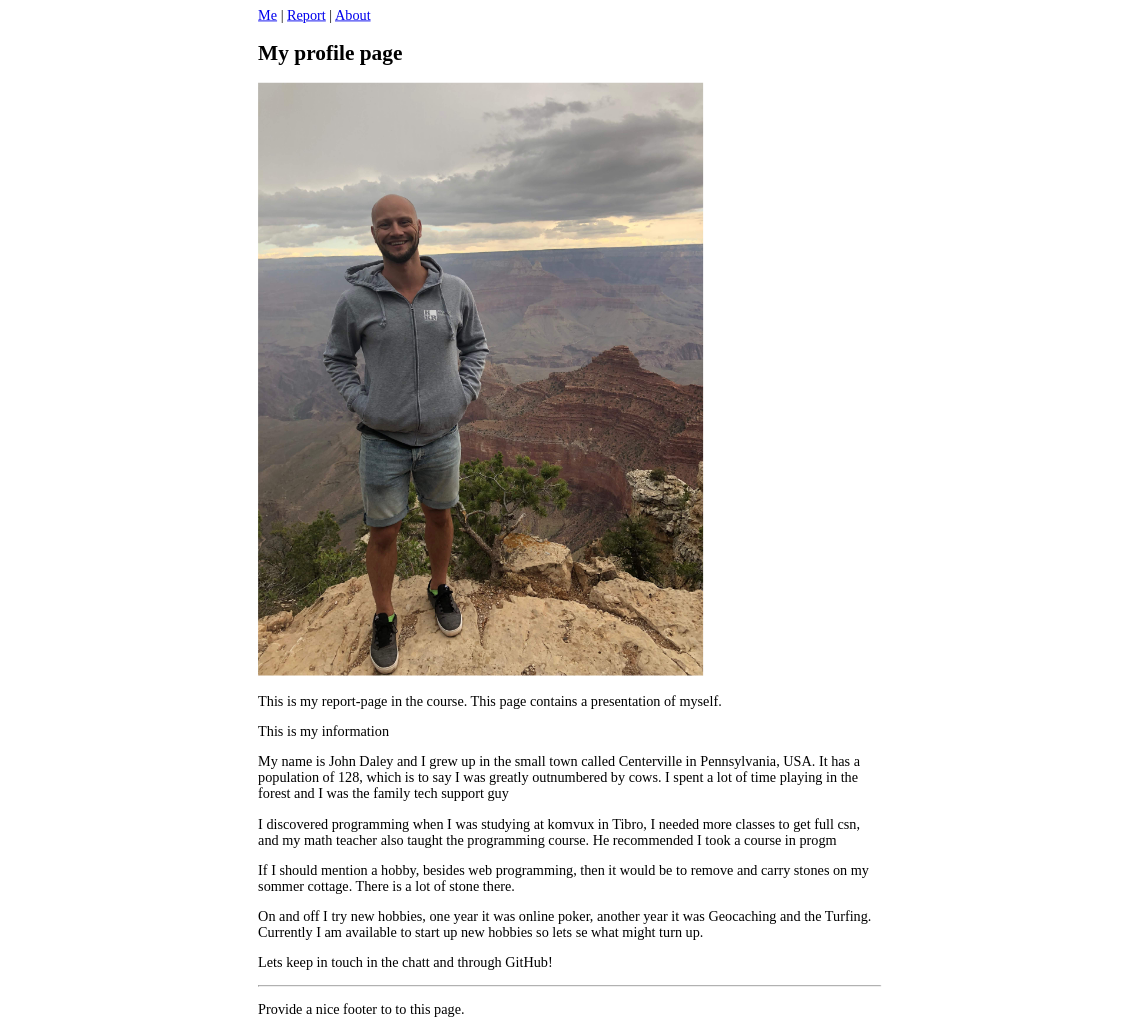
Repository: Webbprogrammering/websoft
Page: work/report/me.html
These files come from the project's save history. The page is drawn as it stood at one moment and after a run of saves; the edit follows.
The browser window is 1280 px wide. The pictures show the whole page, at 89% of full size.

Above is the page before, as saved 2020-01-23 20:47:24.

After the next 2 saves:
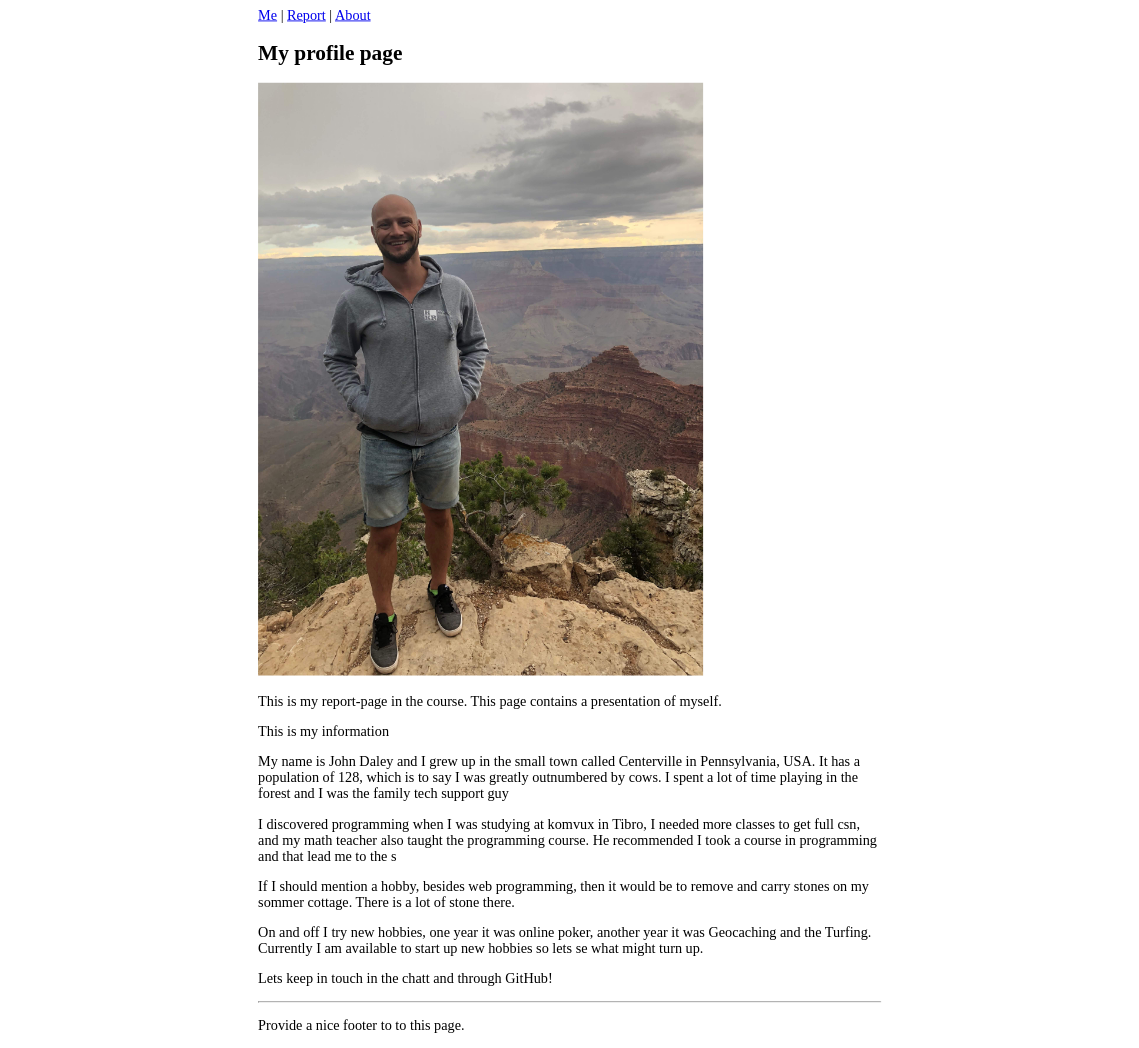
The 2 saves are shown as one change because they came seconds apart.
The last was saved 8 s later.
--- a/work/report/me.html
+++ b/work/report/me.html
@@ -40,7 +40,7 @@ Comments are written as HTML style.
 </p>
 
 <p>I discovered programming when I was studying at komvux in Tibro, I needed more classes to get full csn, and my math teacher also taught the programming course. He recommended I took
-    a course in progm
+    a course in programming and that lead me to the s
 </p>
 
 <p>If I should mention a hobby, besides web programming, then it would be to remove and carry stones on my sommer cottage. There is a lot of stone there.</p>
